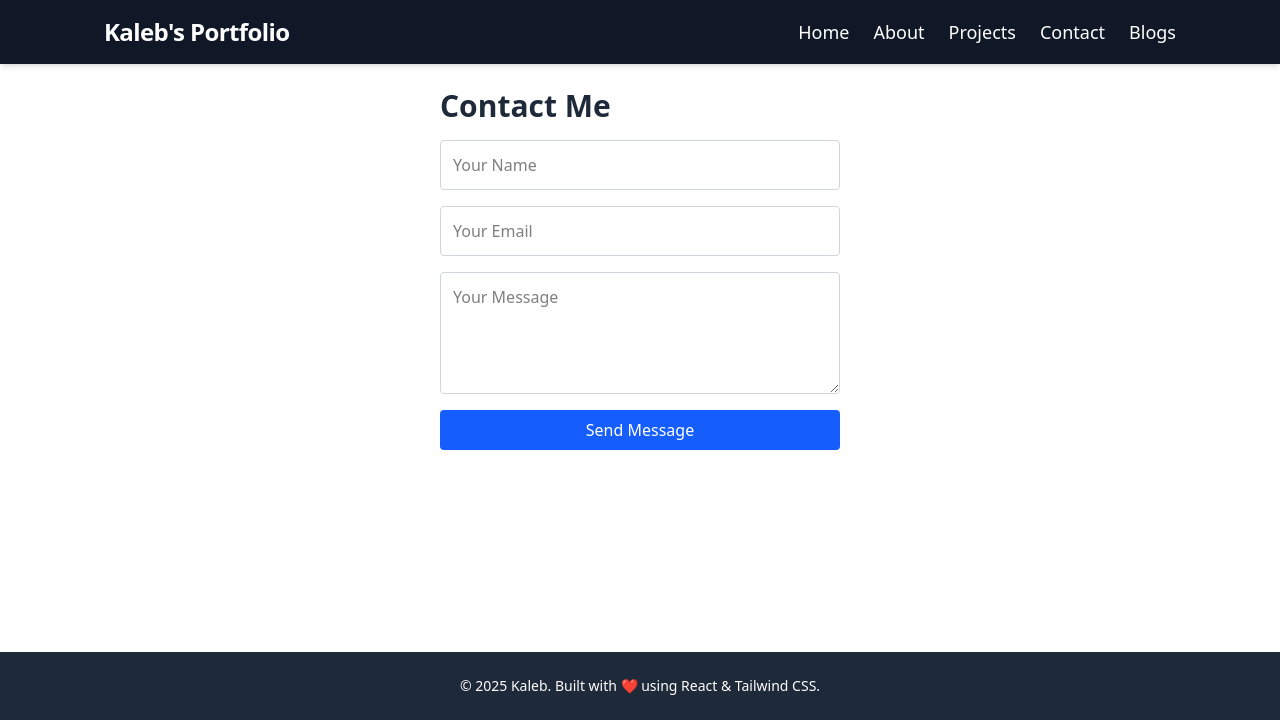
Repository: KalebMalone/portfolio-site
Page: /contact
The author's editor kept a copy of each file at every save. The page is drawn from the files as they stood at one save, then again after the next save.
The browser window is 1280 px wide. The pictures show the whole page.
The project was rebuilt for these pictures with package versions that can differ from the ones it lists, and the page was loaded fresh each time. Also part of the build but not shown: vite.config.js, src/pages/Home.jsx, src/pages/About.jsx, src/pages/Projects.jsx, src/pages/Blogs.jsx.

Above is the page before, as saved 2025-04-23 17:24:47.

### src/App.jsx
import { BrowserRouter as Router, Routes, Route } from 'react-router-dom';
import Header from './components/Header';
import Footer from './components/Footer';

import Home from './pages/Home';
import About from './pages/About';
import Projects from './pages/Projects';
import Contact from './pages/Contact';
import Blogs from './pages/Blogs'; // Import Blogs page

function App() {
  return (
    <Router>
      <div className="flex flex-col min-h-screen">
        <Header />

        <main className="flex-grow">
          <Routes>
            <Route path="/" element={<Home />} />
            <Route path="/about" element={<About />} />
            <Route path="/projects" element={<Projects />} />
            <Route path="/contact" element={<Contact />} />
            <Route path="/blogs" element={<Blogs />} /> {/* Add route for Blogs */}
          </Routes>
        </main>

        <Footer />
      </div>
    </Router>
  );
}

export default App;

### src/index.css
@import 'tailwindcss';  /* Or use the Tailwind directives below */

/* Or alternatively, use these Tailwind directives directly in your CSS */
@tailwind base;
@tailwind components;
@tailwind utilities;

### src/components/Header.jsx
import { Link } from 'react-router-dom';

const Header = () => {
    return (
        <header className="bg-gray-900 text-white shadow-md py-4">
            <nav className="max-w-6xl mx-auto flex justify-between items-center px-10">
                {/* Logo/Brand Name (Left-aligned) */}
                <h1 className="text-2xl font-bold tracking-tight">Kaleb's Portfolio</h1>

                {/* Navigation Links (Right-aligned) */}
                <ul className="flex space-x-6 text-lg"> {/* Reduced space between items */}
                    {['Home', 'About', 'Projects', 'Contact', 'Blogs'].map((page) => ( // Add Blogs here
                        <li key={page}>
                            <Link
                                to={`/${page.toLowerCase() === 'home' ? '' : page.toLowerCase()}`}
                                className="hover:text-blue-400 transition-colors duration-200"
                            >
                                {page}
                            </Link>
                        </li>
                    ))}
                </ul>
            </nav>
        </header>
    );
};

export default Header;

### src/components/Footer.jsx
const Footer = () => {
    return (
        <footer className="bg-gray-800 text-white text-center py-6 mt-10">
            <p className="text-sm">© {new Date().getFullYear()} Kaleb. Built with ❤️ using React & Tailwind CSS.</p>
        </footer>
    );
};

export default Footer;

### src/pages/Contact.jsx
const Contact = () => {
    return (
        <section className="p-6 max-w-md mx-auto">
            <h2 className="text-3xl font-bold mb-4 text-gray-800">Contact Me</h2>
            <form className="flex flex-col gap-4">
                <input
                    type="text"
                    placeholder="Your Name"
                    className="p-3 border border-gray-300 rounded focus:ring-2 focus:ring-blue-500 outline-none"
                />
                <input
                    type="email"
                    placeholder="Your Email"
                    className="p-3 border border-gray-300 rounded focus:ring-2 focus:ring-blue-500 outline-none"
                />
                <textarea
                    rows="4"
                    placeholder="Your Message"
                    className="p-3 border border-gray-300 rounded focus:ring-2 focus:ring-blue-500 outline-none"
                ></textarea>
                <button className="bg-blue-600 text-white py-2 rounded hover:bg-blue-700 transition">
                    Send Message
                </button>
            </form>
        </section>
    );
};

export default Contact;

Loaded but not shown: index.html (common file); src/main.jsx (common file)

After the next save:
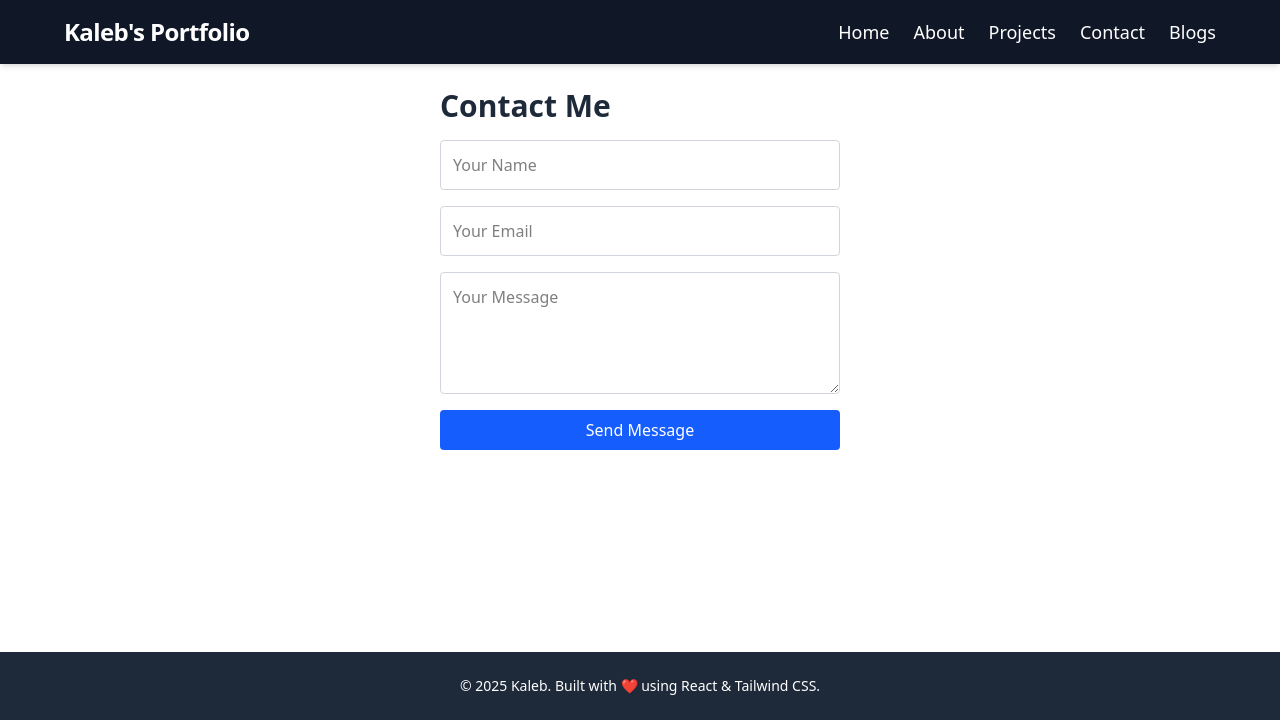
Saved 4 s later.
--- a/src/components/Header.jsx
+++ b/src/components/Header.jsx
@@ -3,7 +3,7 @@ import { Link } from 'react-router-dom';
 const Header = () => {
     return (
         <header className="bg-gray-900 text-white shadow-md py-4">
-            <nav className="max-w-6xl mx-auto flex justify-between items-center px-10">
+            <nav className="max-w-6xl mx-auto flex justify-between items-center px-">
                 {/* Logo/Brand Name (Left-aligned) */}
                 <h1 className="text-2xl font-bold tracking-tight">Kaleb's Portfolio</h1>
 
